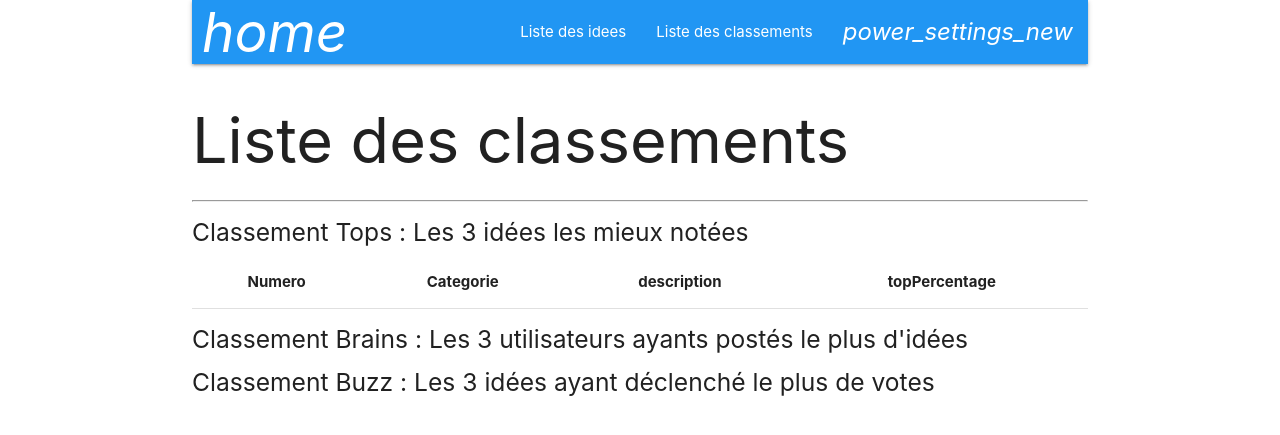
Repository: thdal/Atelier_JEE_16_02
Page: http://localhost/Atelier_JEE_16_02/WEB-INF/pages/classement/ListClassement.jsp
These files come from the project's save history. The page is drawn as it stood at one moment and after the next save; the edit follows.
The browser window is 1280 px wide. The pictures show the whole page.
The page is served by Tomcat 9. Nobody is signed in. The template is opened directly, without the code that normally fills it, so the values that code supplies are empty.

Above is the page before, as saved 2021-02-26 23:07:13.

After the next save:
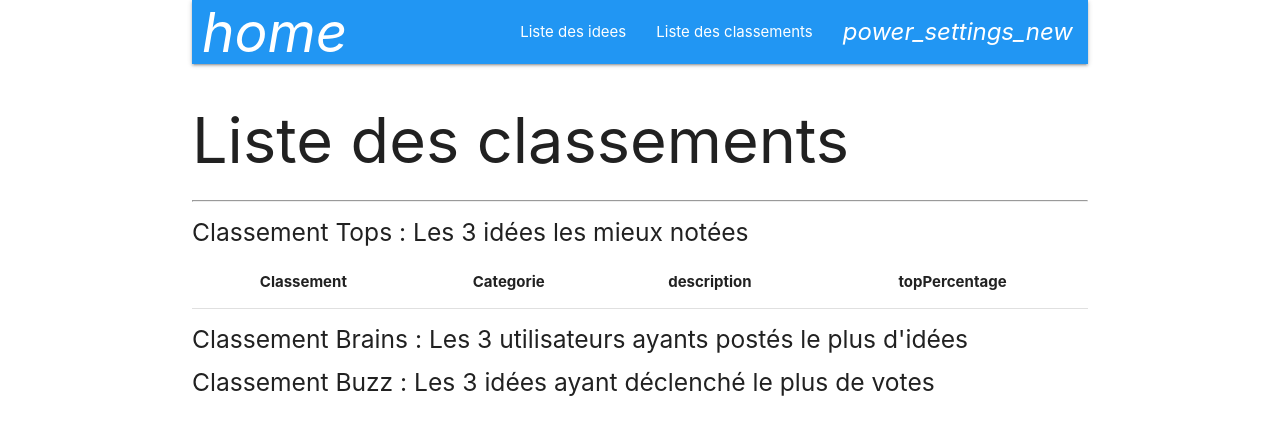
Saved 49 s later.
--- a/Atelier_JEE_16_02/src/main/webapp/WEB-INF/pages/classement/ListClassement.jsp
+++ b/Atelier_JEE_16_02/src/main/webapp/WEB-INF/pages/classement/ListClassement.jsp
@@ -17,7 +17,7 @@
 <table class="centered">
    <thead>
        <tr>
-           <th>Numero</th>
+           <th>Classement</th>
            <th>Categorie</th>
            <th>description</th>
            <th>topPercentage</th>
